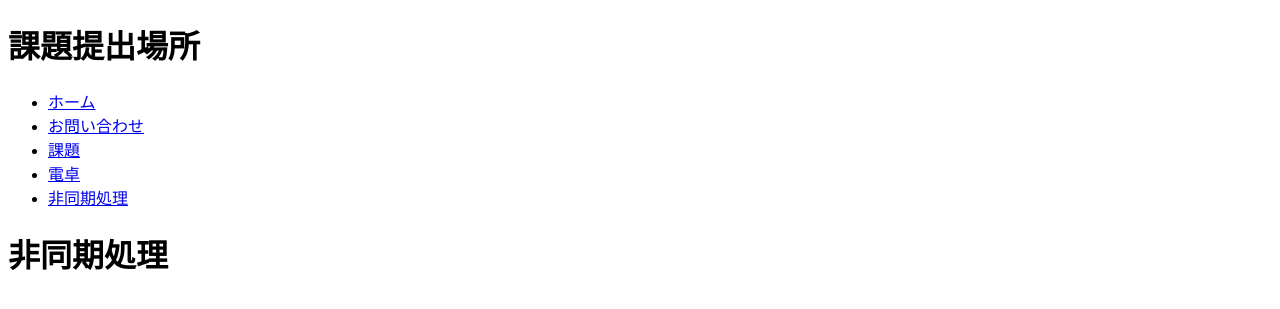
Repository: Takimidxgs/my-portfolio
Page: 1_6_non_sync.html
An editor plug-in stored every save of this project. The page is shown before and after the next save, followed by the edit.
The browser window is 1280 px wide. The pictures show the whole page.

Above is the page before, as saved 2026-10-16 15:22:49.

### 1_6_non_sync.html
<!DOCTYPE html>
<html lang="ja">
<head>
    <meta charset="UTF-8">
    <meta name="viewport" content="width=device-width, initial-scale=1.0">
    <title>非同期処理</title>
</head>
<body>
     <header>
        <h1>課題提出場所</h1>
        <nav>
            <ul class="nav-list">
                <li><a href="../index.html">ホーム</a></li>
                <li><a href="contact.html">お問い合わせ</a></li>
                <li><a href="work.html">課題</a></li>
                <li><a href="calculate.html">電卓</a></li>
                <li><a href="1_6_non_sync.html">非同期処理</a></li>
            </ul>
        </nav>
    </header>
    <main>
    <h1>非同期処理</h1>
    <script src="1_6_non_sync.js"></script>
    </main>

</body>
</html>

### 1_6_non_sync.js
function makeCoffee() {
    console.log("☕ スタッフ:先にコーヒーを準備します...");
    return new Promise((resolve) => {
        setTimeout(() => {
            console.log("✅ コーヒーができました！");
            resolve();
        }, 2000); // 2秒
    });
}

function makeSandwich() {
     console.log("🥪 スタッフ:次にサンドイッチを準備します...");
    return new Promise((resolve) => {
        setTimeout(() => {
            console.log("✅ サンドイッチができました！");
            resolve();
        }, 3000); // 3秒
    });
}

async function serveCustomer() {
    await Promise.all([makeCoffee(),makeSandwich()]);
    console.log("スタッフ:すべてできたので配膳します");
}

console.log("🥪 お客様がコーヒーとサンドイッチを注文しました");
serveCustomer();

After the next save:
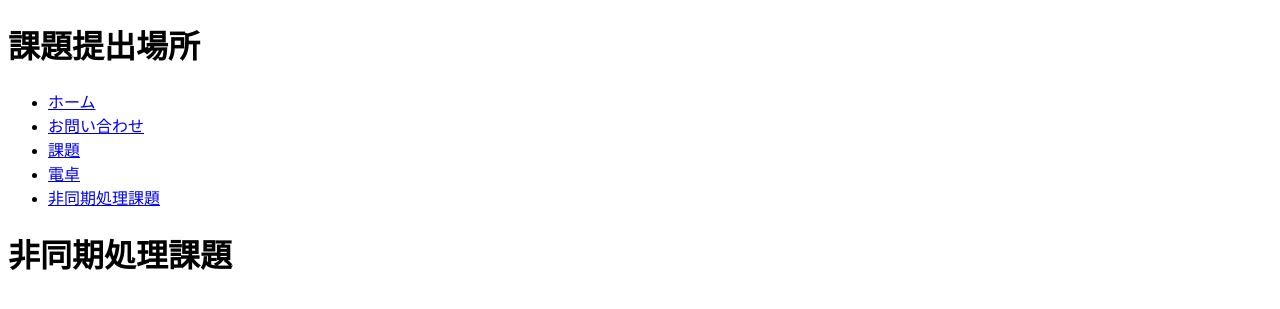
Saved 10 min 35 s later.
--- a/1_6_non_sync.html
+++ b/1_6_non_sync.html
@@ -14,12 +14,12 @@
                 <li><a href="contact.html">お問い合わせ</a></li>
                 <li><a href="work.html">課題</a></li>
                 <li><a href="calculate.html">電卓</a></li>
-                <li><a href="1_6_non_sync.html">非同期処理</a></li>
+                <li><a href="1_6_non_sync.html">非同期処理課題</a></li>
             </ul>
         </nav>
     </header>
     <main>
-    <h1>非同期処理</h1>
+    <h1>非同期処理課題</h1>
     <script src="1_6_non_sync.js"></script>
     </main>
 
